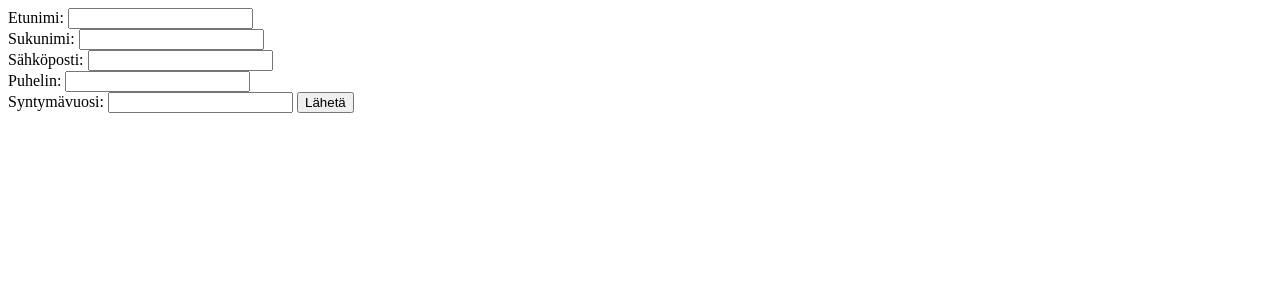
Repository: NellaPih/Asiakkaat
Page: http://localhost/Lomake/kysy.jsp
The author's editor kept a copy of each file at every save. The page is drawn from the files as they stood at one save, then again after the next save.
The browser window is 1280 px wide. The pictures show the whole page.
The page is served by Tomcat 9.

Above is the page before, as saved 2020-04-17 12:32:03.

### Lomake/WebContent/kysy.jsp
<%@ page language="java" contentType="text/html; charset=ISO-8859-1"
    pageEncoding="ISO-8859-1"%>
<!DOCTYPE html>
<html>
<head>
<meta charset="ISO-8859-1">
<title>Insert title here</title>
</head>
<style type="text/css">
    label {
	   display: block;
	   width: 6em;
	   float: left;
    }
</style>
<body>
<form action="nayta.jsp" method="POST">
	Etunimi: <input type="text" name="etunimi"><br>
	Sukunimi: <input type="text" name="sukunimi"><br>
	Sähköposti: <input type="text" name="sposti"><br>
	Puhelin: <input type="text" name="puhelin"><br>
	Syntymävuosi: <input type="text" name="vuosi">
	<input type="submit" value="Lähetä">
</form>
</body>
</html>

After the next save:
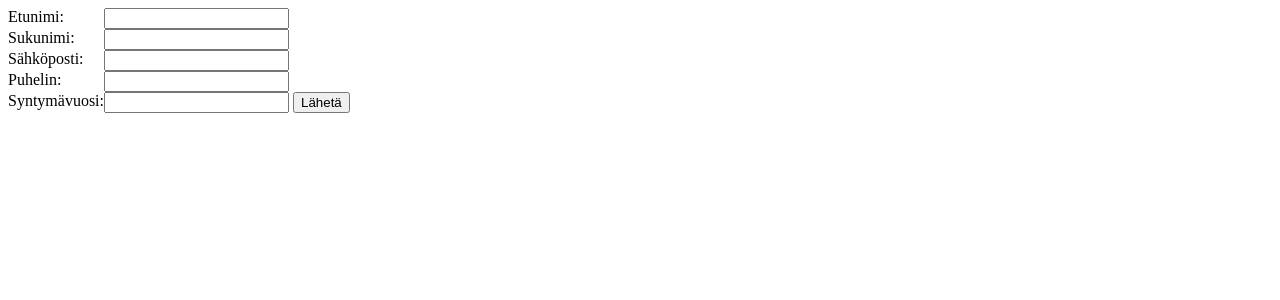
Saved 116 s later.
--- a/Lomake/WebContent/kysy.jsp
+++ b/Lomake/WebContent/kysy.jsp
@@ -15,11 +15,16 @@
 </style>
 <body>
 <form action="nayta.jsp" method="POST">
-	Etunimi: <input type="text" name="etunimi"><br>
-	Sukunimi: <input type="text" name="sukunimi"><br>
-	Sähköposti: <input type="text" name="sposti"><br>
-	Puhelin: <input type="text" name="puhelin"><br>
-	Syntymävuosi: <input type="text" name="vuosi">
+	<label>Etunimi:</label>
+	<input type="text" name="etunimi"><br>
+	<label>Sukunimi:</label>
+	<input type="text" name="sukunimi"><br>
+	<label>Sähköposti:</label>
+	<input type="text" name="sposti"><br>
+	<label>Puhelin:</label>
+	<input type="text" name="puhelin"><br>
+	<label>Syntymävuosi:</label>
+	<input type="text" name="vuosi">
 	<input type="submit" value="Lähetä">
 </form>
 </body>
